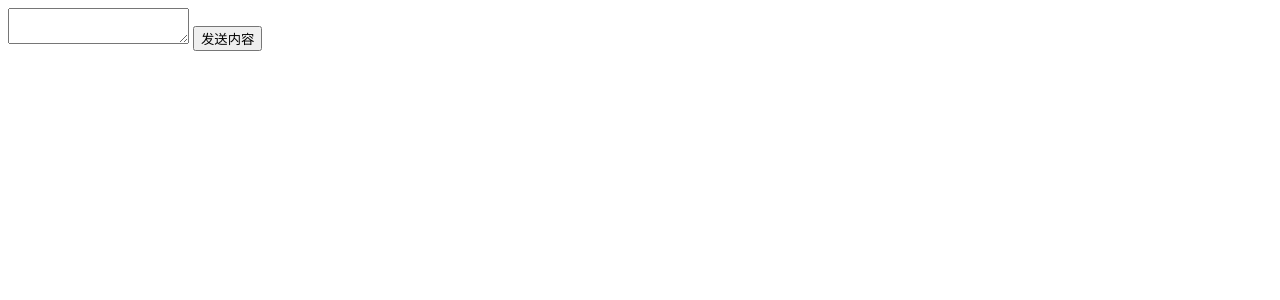
Repository: wyy511/node-socket.io
Page: client.html
These files come from the project's save history. The page is drawn as it stood at one moment and after the next save; the edit follows.
The browser window is 1280 px wide. The pictures show the whole page.
The page's requests for data from a server got no answer. Some web libraries are served in a nearby version.

Above is the page before, as saved 2019-11-20 20:47:07.

### client.html
<!DOCTYPE html>
<html lang="en">
<head>
  <meta charset="UTF-8">
  <meta name="viewport" content="width=device-width, initial-scale=1.0">
  <meta http-equiv="X-UA-Compatible" content="ie=edge">
  <title>吴瑶瑶的聊天室</title>
</head>
<body>
  <!-- <textarea id="text"></textarea>
  <button id="btn">发送内容</button> -->
  <textarea id="text"></textarea>
  <button id="btn">发送内容</button>
  <script type="text/javascript" src="https://cdn.bootcss.com/socket.io/2.3.0/socket.io.js"></script>
  <script type="text/javascript">
    var socket = io.connect('/');
    document.getElementById('btn').onclick = () => {
      var val = document.getElementById('text').value;
      if (!val) return;
      socket.emit('chat', val);
      document.getElementById('text').value = '';
    }
    // 如果客户端监听到socket消息，那么执行这个方法里的回调，且得到广播的消息
    socket.on("chat", (msg) => {
      if (!msg) return;
      var p = document.createElement("p");
      p.innerText = msg;
      document.body.appendChild(p);
    })
  </script>
</body>
</html>

After the next save:
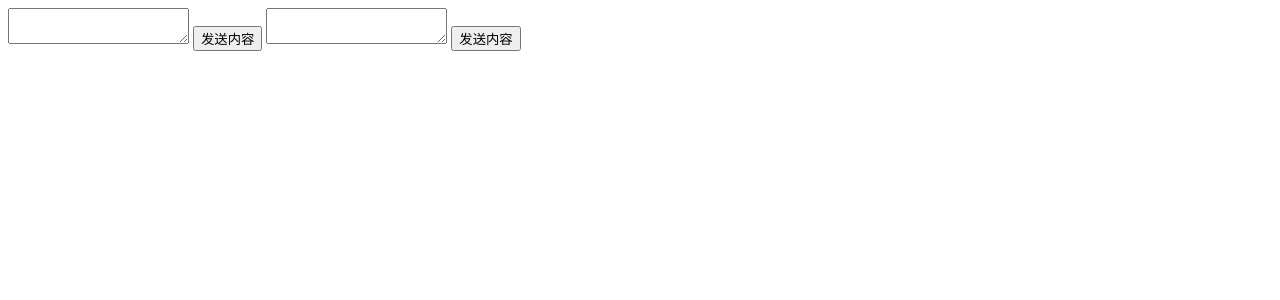
Saved 2 min 29 s later.
--- a/client.html
+++ b/client.html
@@ -7,18 +7,20 @@
   <title>吴瑶瑶的聊天室</title>
 </head>
 <body>
-  <!-- <textarea id="text"></textarea>
-  <button id="btn">发送内容</button> -->
-  <textarea id="text"></textarea>
-  <button id="btn">发送内容</button>
+  <textarea id="name"></textarea>
+  <button id="nameBtn">发送内容</button>
+  <textarea id="msg"></textarea>
+  <button id="msgBtn">发送内容</button>
   <script type="text/javascript" src="https://cdn.bootcss.com/socket.io/2.3.0/socket.io.js"></script>
   <script type="text/javascript">
     var socket = io.connect('/');
-    document.getElementById('btn').onclick = () => {
-      var val = document.getElementById('text').value;
+    const msgBtn = document.getElementById('msgBtn');
+    const msgEl = document.getElementById('msg');
+    msgBtn.onclick = () => {
+      const val = msgEl.value;
       if (!val) return;
       socket.emit('chat', val);
-      document.getElementById('text').value = '';
+      msgEl.value = '';
     }
     // 如果客户端监听到socket消息，那么执行这个方法里的回调，且得到广播的消息
     socket.on("chat", (msg) => {
